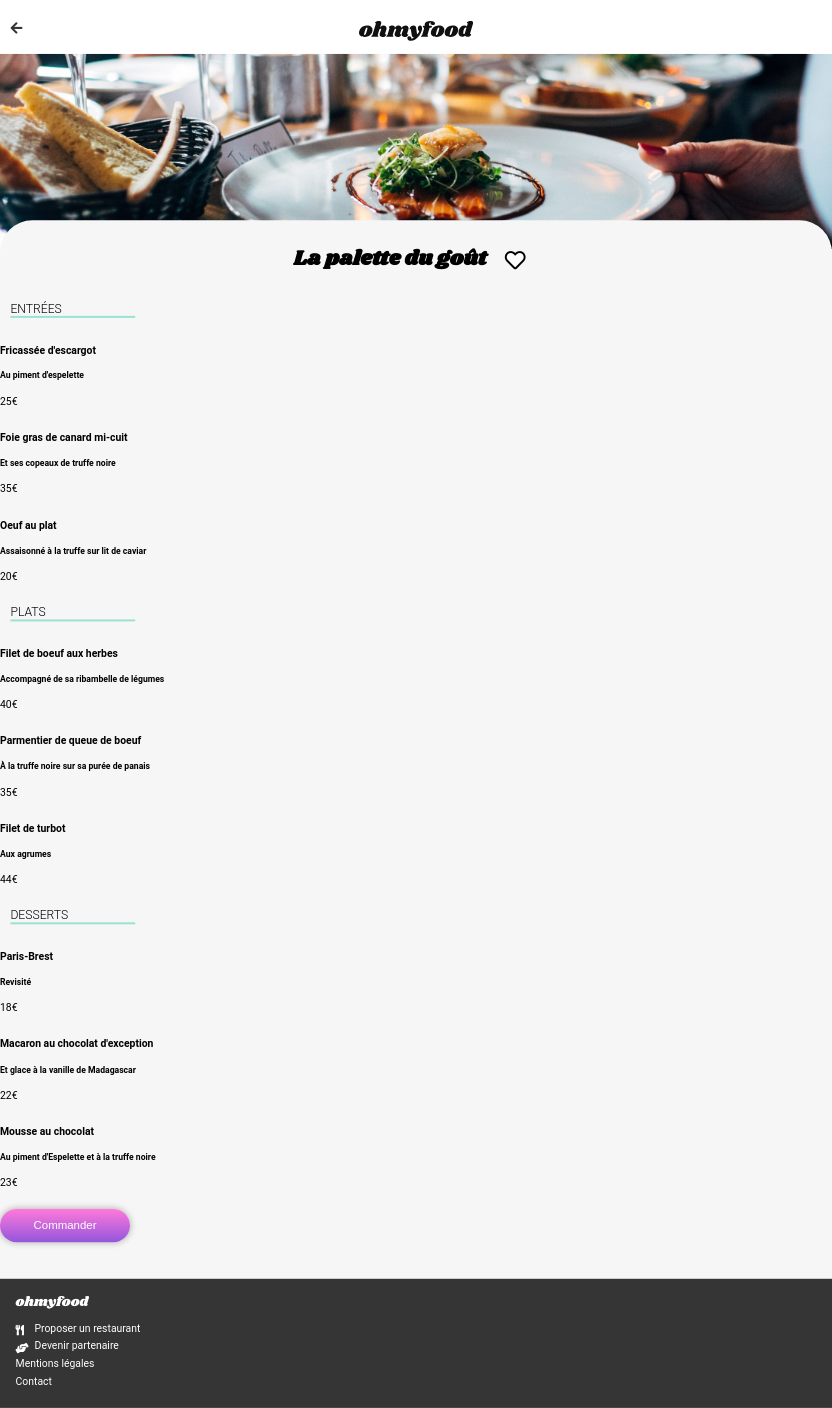
Repository: AlexisTisserand/AlexisTisserand_3_24112020
Page: menu-la-palette-du-gout.html
An editor plug-in stored every save of this project. The page is shown before and after the next save, followed by the edit.
The browser window is 1280 px wide. The pictures show the whole page, at 65% of full size.
Some web libraries are served in a nearby version. The style sheet was rebuilt from its Sass, Less or Tailwind sources for each picture, by a compiler version that may differ from the author's.

Above is the page before, as saved 2020-12-02 17:18:25.

After the next save:
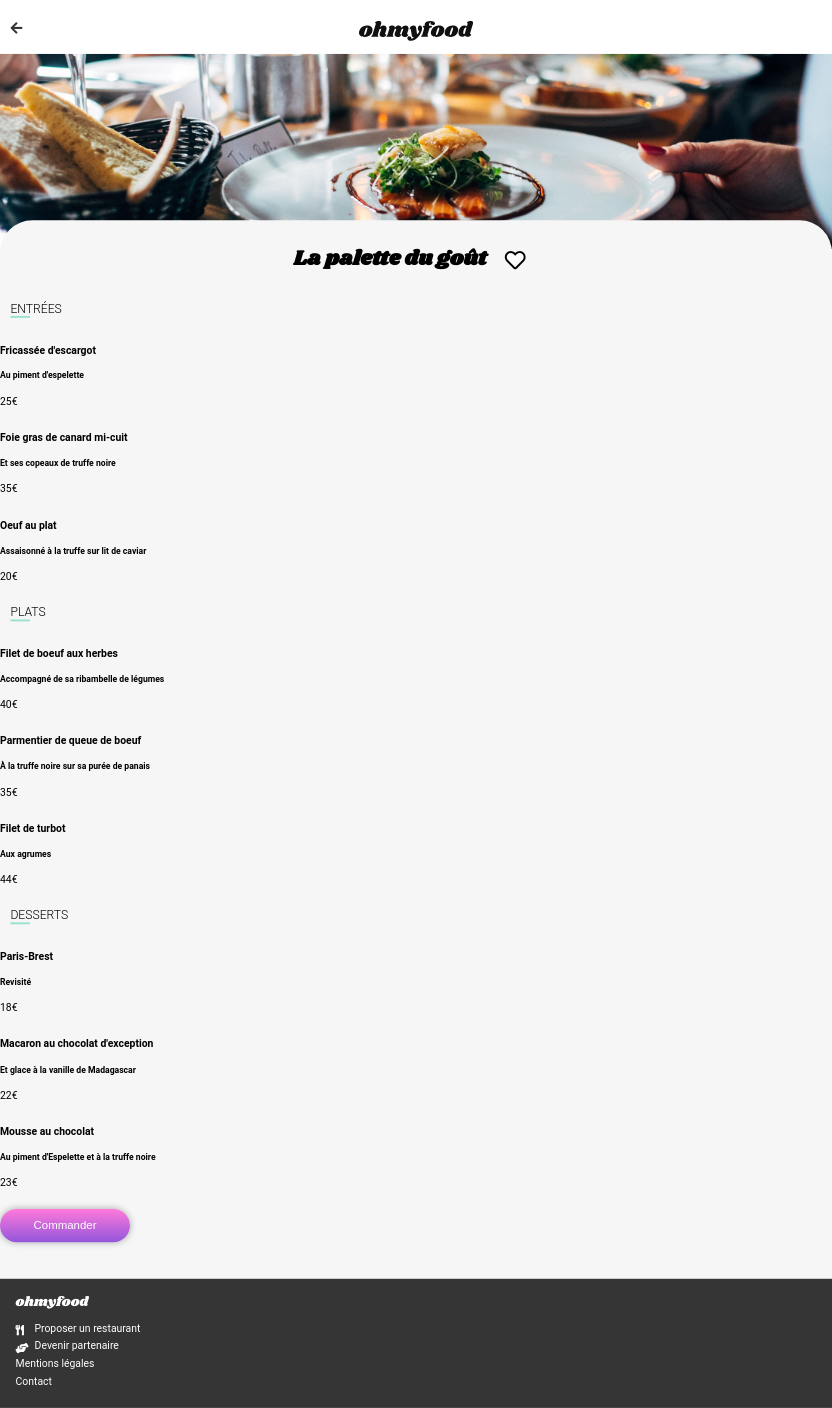
Saved 26 s later.
--- a/sass/style.scss
+++ b/sass/style.scss
@@ -425,7 +425,7 @@ header{
         font-weight: 300;
         margin-left: $size;
         border-bottom: $tertiary 3px solid;
-        max-width: 15%;
+        width: 30px;
     }
     button{
         width: 200px;
